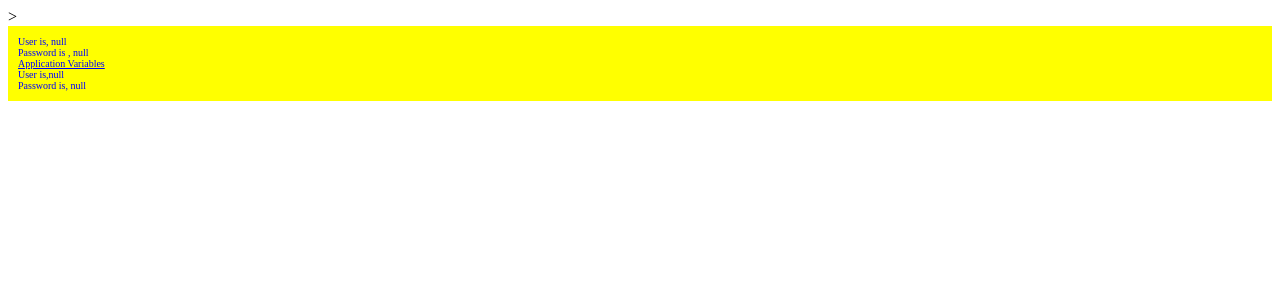
Repository: savithahb/springboot-apps
Page: http://localhost/WebOld2/result.jsp
An editor plug-in stored every save of this project. The page is shown before and after the next save, followed by the edit.
The browser window is 1280 px wide. The pictures show the whole page.
The page is served by Tomcat 9. Other server files are loaded and not shown.

Above is the page before, as saved 2020-02-13 08:14:00.

### WebOld2/WebContent/result.jsp
<%@ page language="java" contentType="text/html; charset=ISO-8859-1"
    pageEncoding="ISO-8859-1"%>
<!DOCTYPE html>
<html>
<head>
<meta charset="ISO-8859-1">
<title>Insert title here</title>
</head>
<body>

	<%

	//Scriplet
	String user= (String) session.getAttribute("user");
	String password= (String) session.getAttribute("pass");

	String user1= (String) application.getAttribute("user");
	String password1= (String) application.getAttribute("pass");

	%>>
	<div style="padding:10px;
	background-color: yellow; color: blue; font-size: 10px; ">
	User is, <%=user%> <br/>
	Password is , <%=password %><br/>

	<u>Application Variables</u><br/>
	User is,<%=user1%> <br/>
	Password is, <%=password1%><br/>

	</div>

</body>
</html>

After the next save:
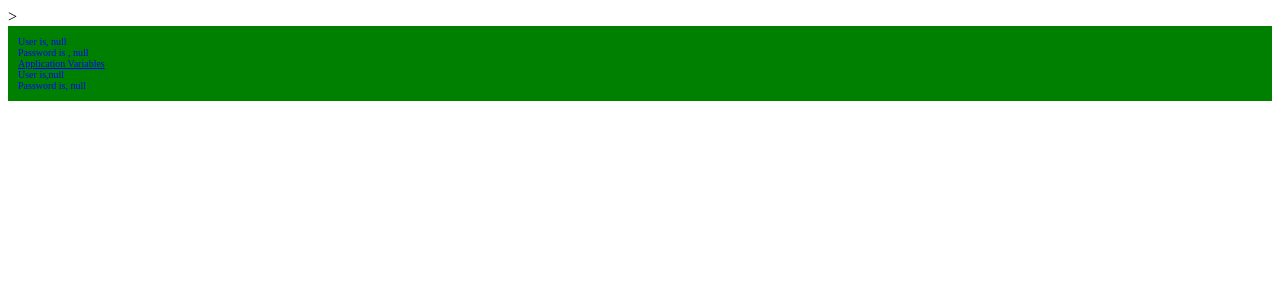
Saved 7 min 41 s later.
--- a/WebOld2/WebContent/result.jsp
+++ b/WebOld2/WebContent/result.jsp
@@ -19,7 +19,7 @@
 
 	%>>
 	<div style="padding:10px;
-	background-color: yellow; color: blue; font-size: 10px; ">
+	background-color: green; color: blue; font-size: 10px; ">
 	User is, <%=user%> <br/>
 	Password is , <%=password %><br/>
 
